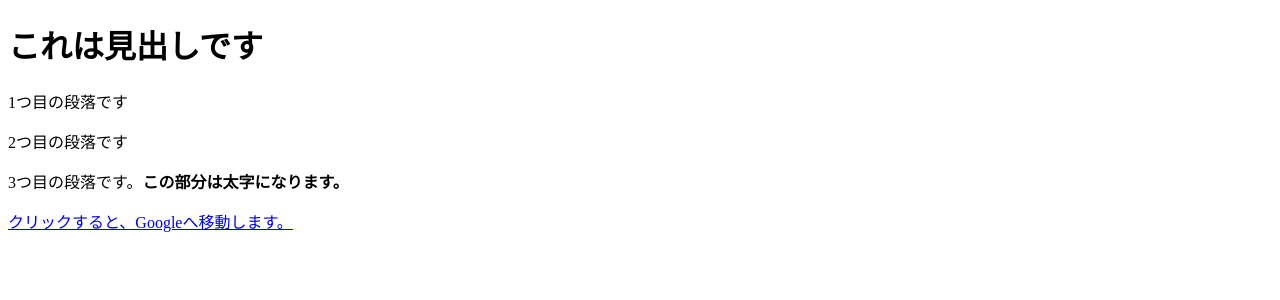
Repository: hamako0/first_app
Page: html_css/html_grammar/index.html
The author's editor kept a record of every edit. The page is drawn from the files as they stood at one moment, then again after the next edit.
The browser window is 1280 px wide. The pictures show the whole page.

Above is the page before.

After the next edit:
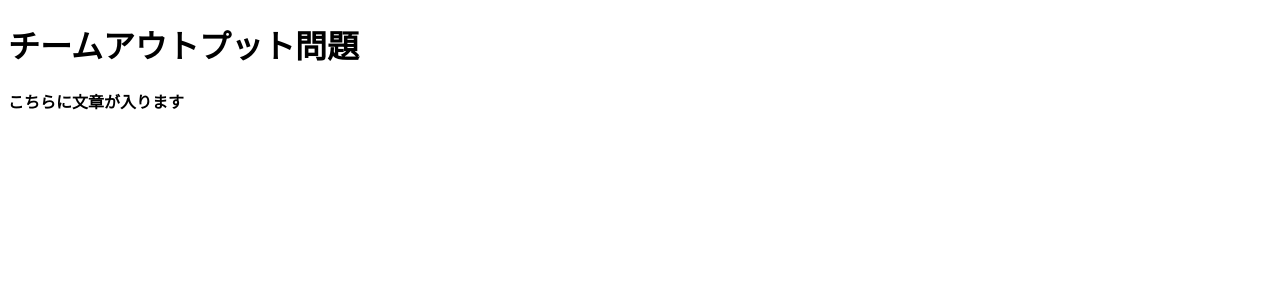
The edit:
--- a/html_css/html_grammar/index.html
+++ b/html_css/html_grammar/index.html
@@ -1,22 +1,10 @@
 <!DOCTYPE HTML>
 <html>
-    <head>
-        <meta charset="UTF-8">
-        <title>html無料学習サイト</title>
-    </head>
-    <body>
-            <h1>
-      これは見出しです
-    </h1>
-    <p>
-      1つ目の段落です
-    </p>
-    <p>
-      2つ目の段落です
-    </p>
-    <p>
-      3つ目の段落です。<b>この部分は太字になります。</b>
-    </p>
-         <a href="https://www.google.com/">クリックすると、Googleへ移動します。</a>
-    </body>
+  <head>
+    <meta charset="UTF-8">
+</head>
+  <body>
+    <h1>チームアウトプット問題</h1>
+    <p><b>こちらに文章が入ります</b></p>
+  </body>
 </html>
